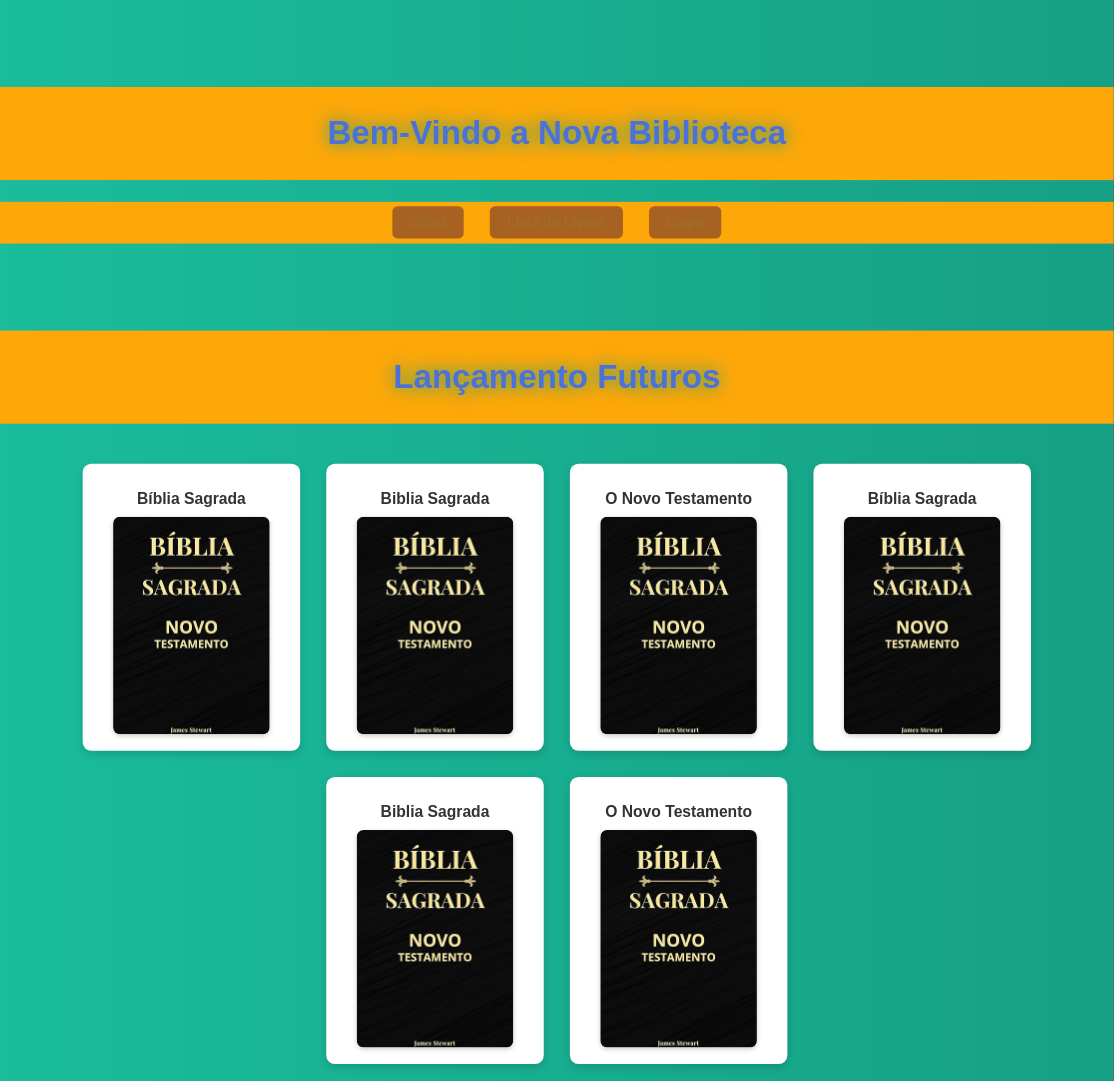
Repository: cleytonds/Biblioteca
Page: templates/Biblioteca_usuario.HTML
An editor plug-in stored every save of this project. The page is shown before and after the next save, followed by the edit.
The browser window is 1280 px wide. The pictures show the whole page, at 87% of full size.

Above is the page before, as saved 2025-11-17 10:10:15.

After the next save:
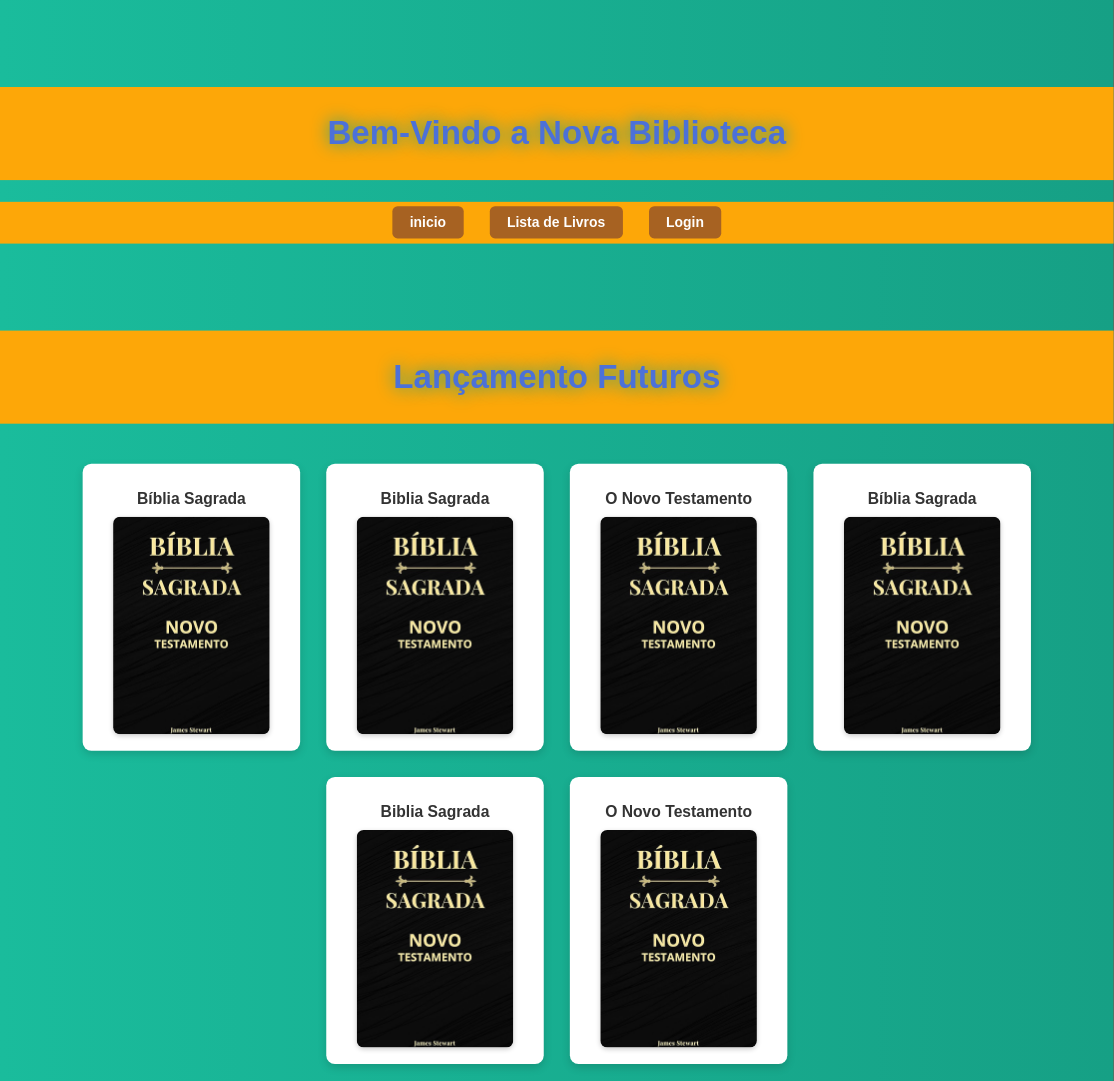
Saved 7 s later.
--- a/Static/indexStyle.css
+++ b/Static/indexStyle.css
@@ -62,7 +62,7 @@
 /*estilo dos linrs (botões)*/
 .menu li a {
     text-decoration: none;
-    color: rgb(156, 110, 40);
+    color: rgb(255, 255, 255);
     font-weight: bold;
     padding: 10px 20px;
     border-radius: 6px;
